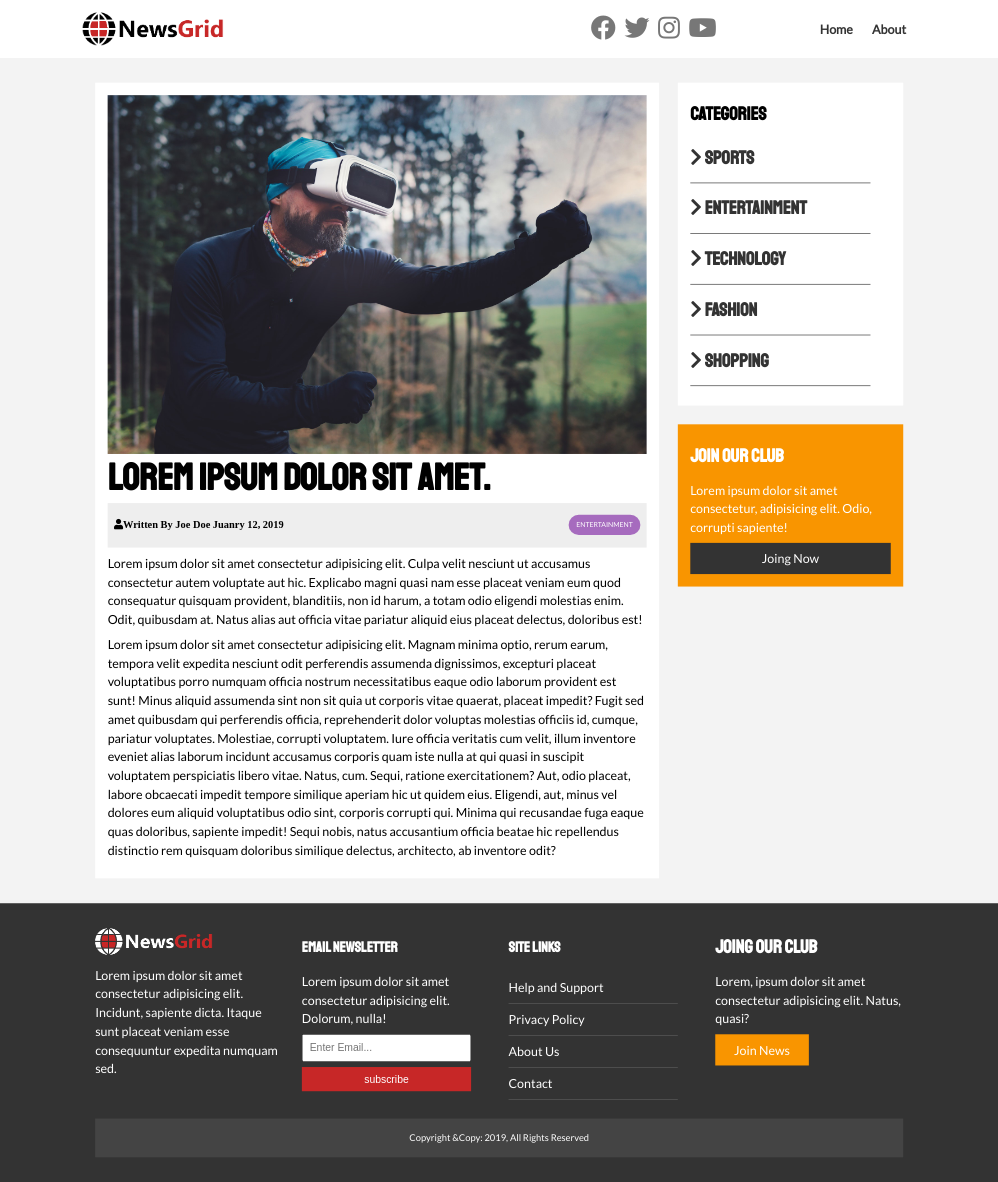
Repository: EswinGiova/NewsGrid
Page: article.html
These files come from the project's save history. The page is drawn as it stood at one moment and after the next save; the edit follows.
The browser window is 1280 px wide. The pictures show the whole page, at 78% of full size.
Some web libraries are served in a nearby version.

Above is the page before, as saved 2020-09-21 17:50:19.

After the next save:
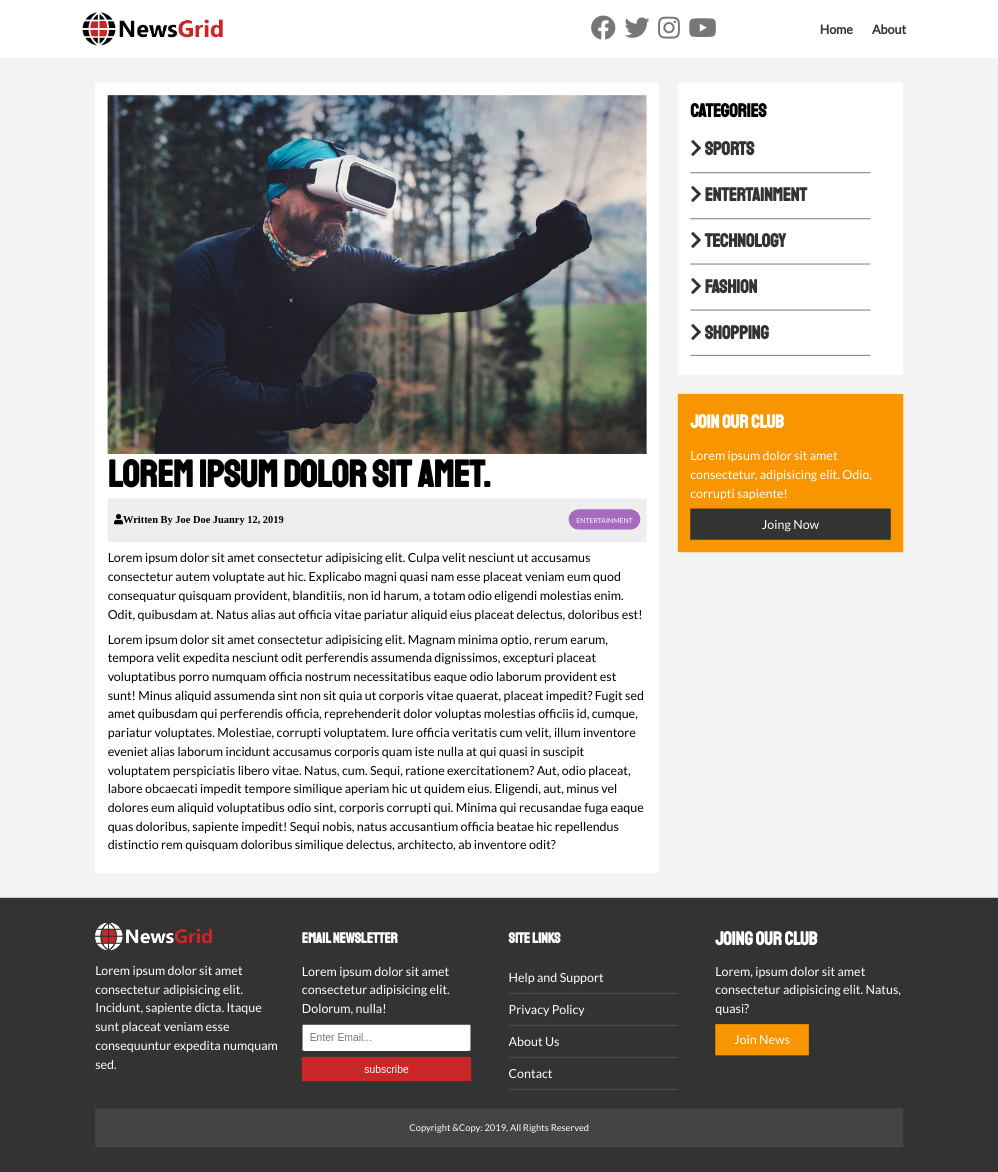
Saved 5 s later.
--- a/css/style.css
+++ b/css/style.css
@@ -46,7 +46,7 @@ h5,
 h6 {
   font-family: 'Staatliches', cursive;
   margin-bottom: 0.55rem;
-  line-height: 3rem;
+  line-height: 2.6rem;
 }
 
 /*  utility class */
